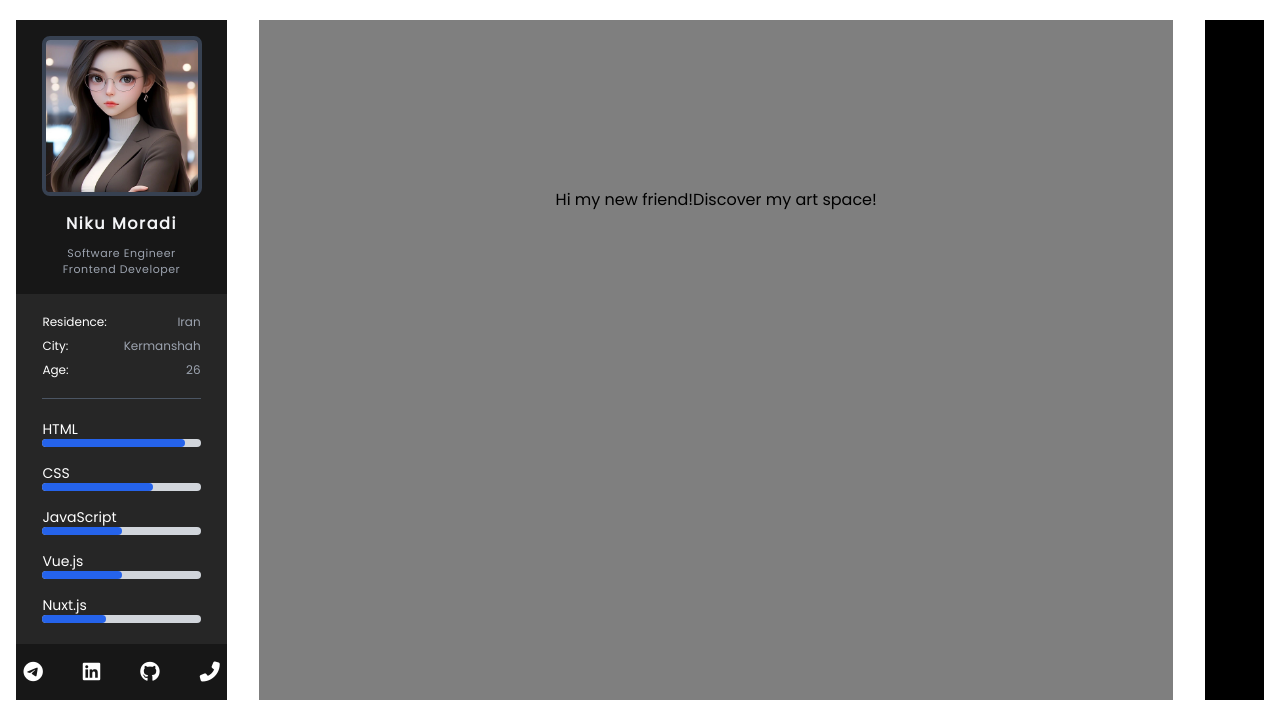
Repository: NikuMoradi/niku-moradi
Page: /
The author's editor kept a copy of each file at every save. The page is drawn from the files as they stood at one save, then again after the next save.
The browser window is 1280 px wide. The pictures show the whole page.
The project was rebuilt for these pictures with package versions that can differ from the ones it lists, and the page was loaded fresh each time. The framework's server and built-in components were replaced by stand-ins that run in the browser. Also part of the build but not shown: nuxt.config.ts, components/Blog Posts/Component-Design.vue, components/Blog.vue, components/Contact.vue, components/Education.vue, components/Experience.vue, components/Hero.vue, components/Menu.vue and 3 more.

Above is the page before, as saved 2024-11-29 15:05:22.

### assets/css/main.css
@tailwind base;
@tailwind components;
@tailwind utilities;

body {
  /* From https://css.glass */
  background: #ffffff;
  font-family: "Poppins", sans-serif;
}

@layer utilities {
}

### components/LeftPanel.vue
<template>
  <div
    class="bg-neutral-800 text-white w-72 flex flex-col items-center"
    style="height: calc(100vh - 40px)"
  >
    <!-- Header-->
    <div
      class="w-full py-4 flex flex-col items-center justify-center bg-neutral-900"
    >
      <img
        src="../assets/img/photo_2024-11-28_10-37-05.jpg"
        alt="Profile Picture"
        class="w-40 h-40 mb-5 rounded-lg border-4 border-gray-700 object-cover object-center"
      />
      <h2
        class="text-gray-100 text-[16px] font-semibold tracking-widest leading-[16.8px] mb-3"
      >
        Niku Moradi
      </h2>
      <p
        class="text-gray-400 text-[11px] font-light tracking-wider leading-[16.5px]"
      >
        Software Engineer
      </p>
      <p
        class="text-gray-400 text-[11px] font-light tracking-wider leading-[16.5px]"
      >
        Frontend Developer
      </p>
    </div>

    <div class="w-3/4 flex flex-col overflow-y-auto scrollbar-hide">
      <!-- table -->
      <div class="py-5 text-xs border-b border-gray-600 mb-5">
        <ul class="space-y-2">
          <li class="flex justify-between">
            <h6>Residence:</h6>
            <span class="text-gray-400">Iran</span>
          </li>
          <li class="flex justify-between">
            <h6>City:</h6>
            <span class="text-gray-400">Kermanshah</span>
          </li>
          <li class="flex justify-between">
            <h6>Age:</h6>
            <span class="text-gray-400">26</span>
          </li>
        </ul>
      </div>
      <!-- Skill Bars -->
      <div class="space-y-4 pb-5 border-b border-gray-600 mb-5">
        <div>
          <label class="block text-sm">HTML</label>
          <div class="w-full bg-gray-300 h-2 rounded-full">
            <div class="bg-blue-600 h-2 rounded-full w-[90%]"></div>
          </div>
        </div>
        <div>
          <label class="block text-sm">CSS</label>
          <div class="w-full bg-gray-300 h-2 rounded-full">
            <div class="bg-blue-600 h-2 rounded-full w-[70%]"></div>
          </div>
        </div>
        <div>
          <label class="block text-sm">JavaScript</label>
          <div class="w-full bg-gray-300 h-2 rounded-full">
            <div class="bg-blue-600 h-2 rounded-full w-[50%]"></div>
          </div>
        </div>
        <div>
          <label class="block text-sm">Vue.js</label>
          <div class="w-full bg-gray-300 h-2 rounded-full">
            <div class="bg-blue-600 h-2 rounded-full w-[50%]"></div>
          </div>
        </div>
        <div>
          <label class="block text-sm">Nuxt.js</label>
          <div class="w-full bg-gray-300 h-2 rounded-full">
            <div class="bg-blue-600 h-2 rounded-full w-[40%]"></div>
          </div>
        </div>
        <div>
          <label class="block text-sm">Quasar</label>
          <div class="w-full bg-gray-300 h-2 rounded-full">
            <div class="bg-blue-600 h-2 rounded-full w-[70%]"></div>
          </div>
        </div>
        <div>
          <label class="block text-sm">Tailwind</label>
          <div class="w-full bg-gray-300 h-2 rounded-full">
            <div class="bg-blue-600 h-2 rounded-full w-[60%]"></div>
          </div>
        </div>
      </div>
      <!-- General Skills -->
      <ul
        class="text-gray-400 text-[11px] font-light tracking-wider space-y-2 mb-5"
      >
        <li class="flex items-center">
          <i class="fas fa-check fa-xs text-blue-500 mr-2"></i>
          English Level B2
        </li>
        <li class="flex items-center">
          <i class="fas fa-check fa-xs text-blue-500 mr-2"></i>
          Git Knowledge
        </li>
        <li class="flex items-center">
          <i class="fas fa-check fa-xs text-blue-500 mr-2"></i>
          Design Patterns
        </li>
      </ul>
    </div>

    <!-- Social Links -->
    <div class="w-full py-4 text-center mt-auto bg-neutral-900 text-white">
      <div class="space-x-10">
        <a
          href="https://t.me/yourusername"
          target="_blank"
          class="text-white hover:text-blue-400"
        >
          <i class="fab fa-telegram fa-lg"></i>
        </a>
        <a
          href="https://linkedin.com/in/yourusername"
          target="_blank"
          class="text-white hover:text-blue-600"
        >
          <i class="fab fa-linkedin fa-lg"></i>
        </a>
        <a
          href="https://github.com/yourusername"
          target="_blank"
          class="text-white hover:text-gray-700"
        >
          <i class="fab fa-github fa-lg"></i>
        </a>
        <a href="tel:+1234567890" class="text-white hover:text-green-400">
          <i class="fas fa-phone-alt fa-lg"></i>
        </a>
      </div>
    </div>
  </div>
</template>

### components/RightPanel.vue
<template>
  <div class="bg-black w-20" style="height: calc(100vh - 40px)"></div>
</template>

### layouts/default.vue
<template>
  <div
    class="flex justify-center items-center min-h-screen bg-white px-4 space-x-8"
  >
    <LeftPanel />

    <!-- Fixed Width Centered Card -->
    <div
      class="bg-black bg-opacity-50 w-full max-w-5xl overflow-hidden"
      style="height: calc(100vh - 40px)"
    >
      <!-- Scrollable Content -->
      <div class="overflow-y-auto h-full scrollbar-hide">
        <NuxtPage />
      </div>
    </div>
    <!-- Right Panel -->
    <RightPanel />
  </div>
</template>

<style>
/* Add any custom global styles here */
body {
  background: linear-gradient(to bottom, #f0f0f0, #d0d0d0);
}
</style>

### app.vue
<!-- The app.vue is just holding the layout container and serving as the root.
 The default.vue layout handles the overall structure of the page.
All content from your pages will automatically be placed inside the NuxtPage slot of the layout.-->
<template>
  <NuxtLayout />
</template>

### pages/index.vue
<template>
  <div class="w-full h-[50vh] flex items-center justify-center">
    <p>Hi my new friend!</p>
    <h1>Discover my art space!</h1>
  </div>
</template>

### tailwind.config.js
/** @type {import('tailwindcss').Config} */
export default {
  content: [
    "./components/**/*.{js,vue,ts}",
    "./layouts/**/*.vue",
    "./pages/**/*.vue",
    "./plugins/**/*.{js,ts}",
    "./app.vue",
    "./error.vue",
  ],
  theme: {
    extend: {},
  },
  plugins: [require("tailwind-scrollbar-hide")],
};

Loaded but not shown: plugins/aos.client.js (no copy from this time; the picture is the same without it)

After the next save:
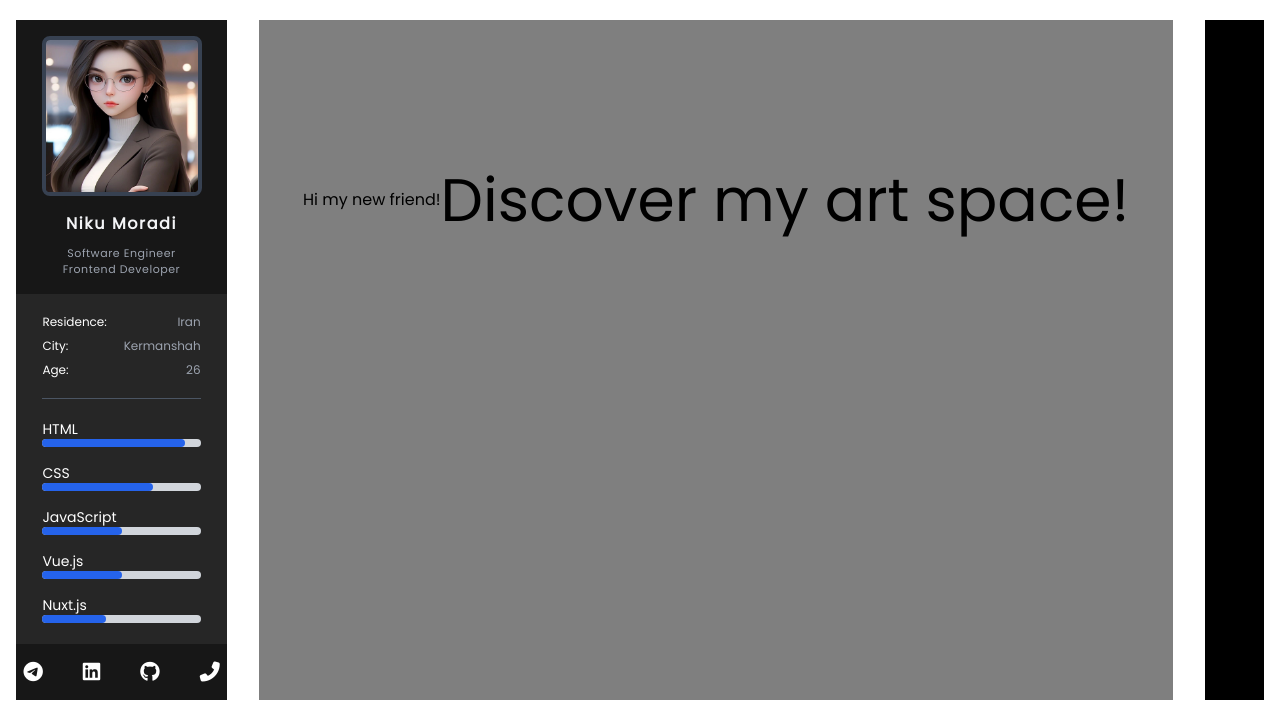
Saved 26 s later.
--- a/pages/index.vue
+++ b/pages/index.vue
@@ -1,6 +1,6 @@
 <template>
   <div class="w-full h-[50vh] flex items-center justify-center">
     <p>Hi my new friend!</p>
-    <h1>Discover my art space!</h1>
+    <h1 class="text-6xl">Discover my art space!</h1>
   </div>
 </template>
